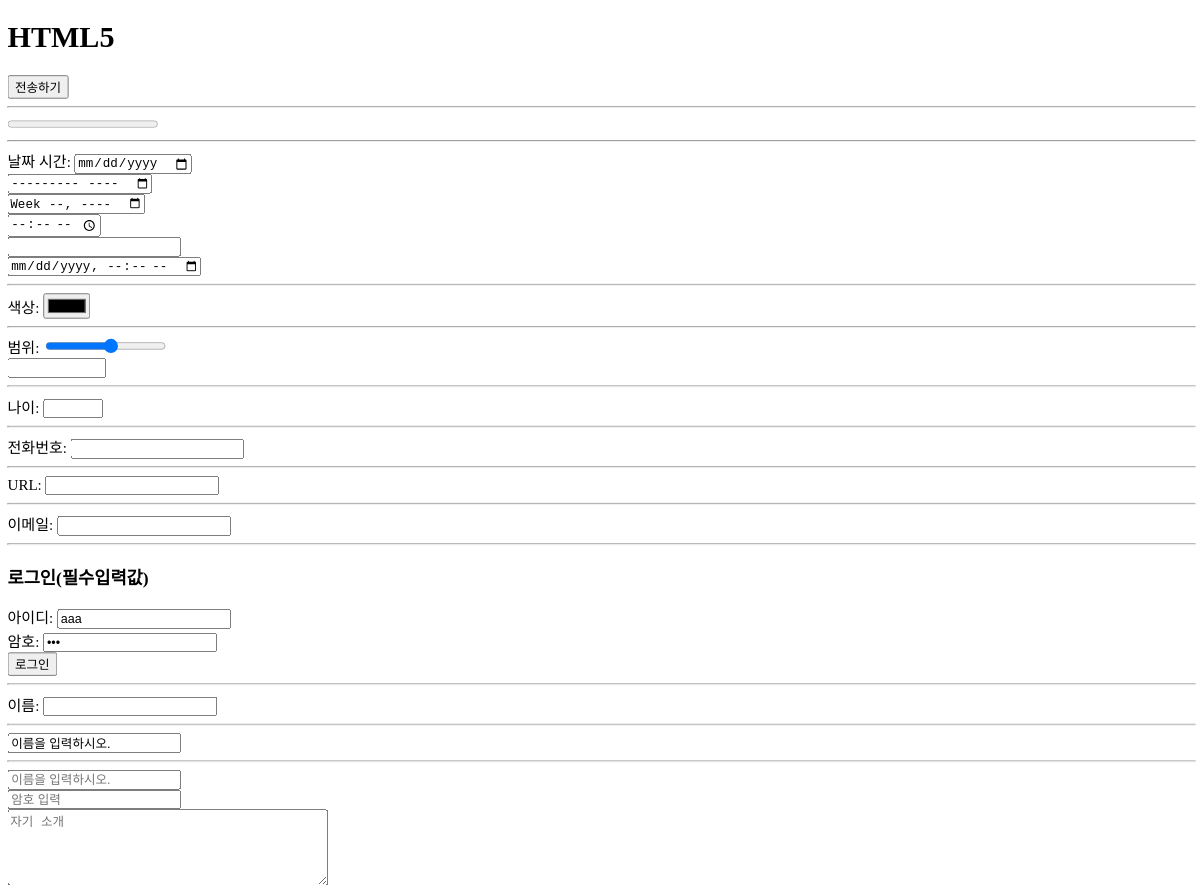
Repository: chanjin5212/Full-Stack-study
Page: client/ClientTest/src/main/webapp/html/ex19.html
These files come from the project's save history. The page is drawn as it stood at one moment and after the next save; the edit follows.
The browser window is 1280 px wide. The pictures show the whole page, at 94% of full size.

Above is the page before, as saved 2022-05-25 03:46:45.

After the next save:
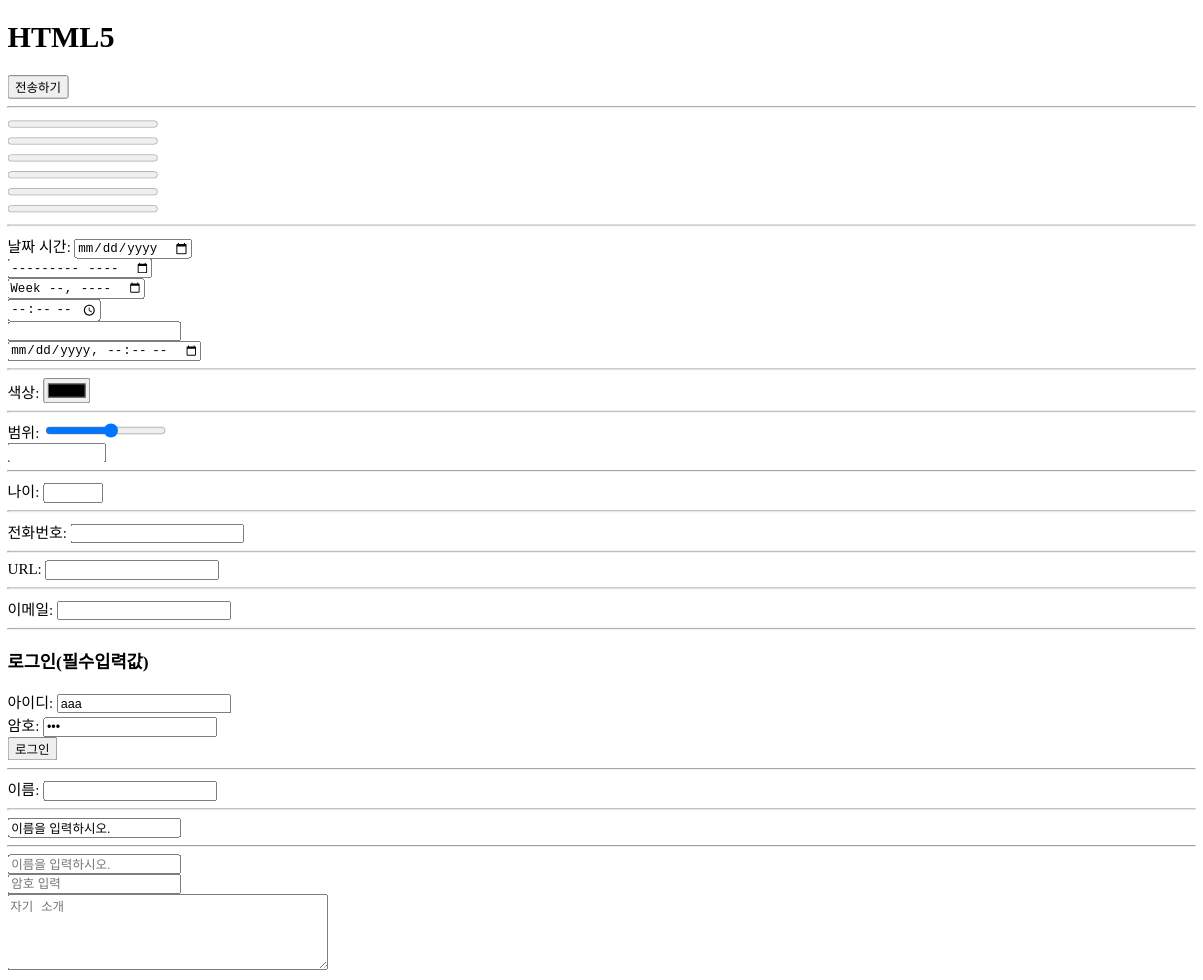
Saved 4 s later.
--- a/client/ClientTest/src/main/webapp/html/ex19.html
+++ b/client/ClientTest/src/main/webapp/html/ex19.html
@@ -14,6 +14,11 @@
 		<hr>
 
 
+		<progress value=""></progress><br>
+		<progress value=""></progress><br>
+		<progress value=""></progress><br>
+		<progress value=""></progress><br>
+		<progress value=""></progress><br>
 		<progress value=""></progress><br>
 
 
